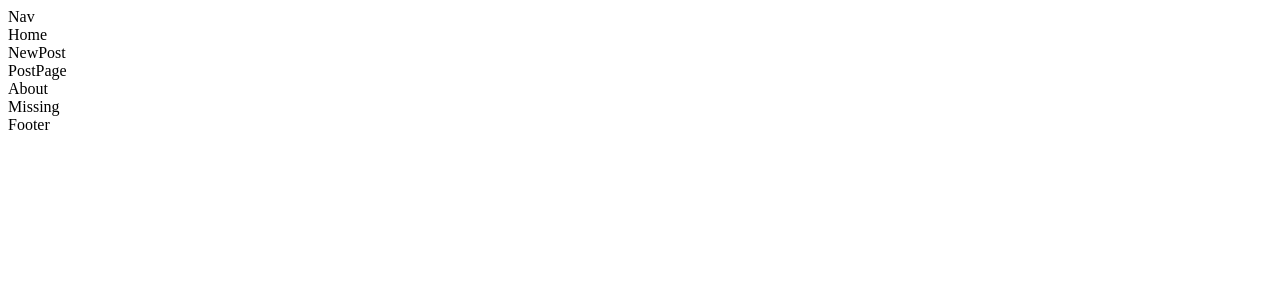
Repository: Kisho14/react_social_app_netlify
Page: /post
These files come from the project's save history. The page is drawn as it stood at one moment and after the next save; the edit follows.
The browser window is 1280 px wide. The pictures show the whole page.
The project was rebuilt for these pictures with package versions that can differ from the ones it lists, and the page was loaded fresh each time. Also part of the build but not shown: src/index.css.

Above is the page before, as saved 2024-02-05 18:08:06.

After the next save:
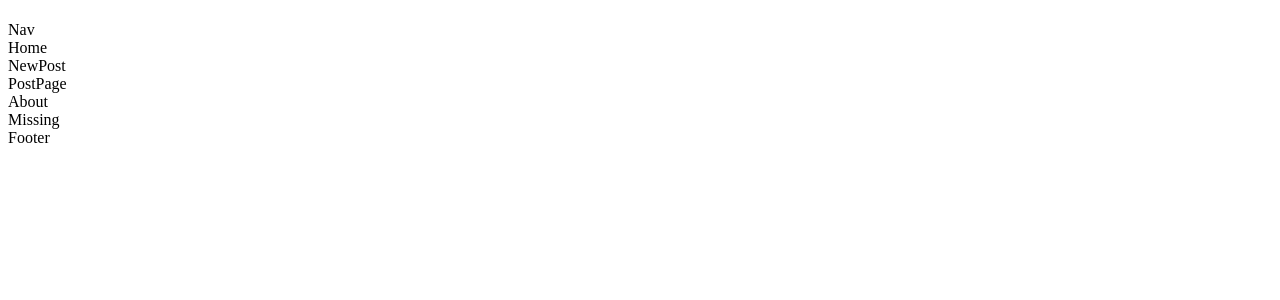
Saved 49 s later.
--- a/src/Header.js
+++ b/src/Header.js
@@ -2,7 +2,10 @@ import React from 'react'
 
 const Header = ({title}) => {
   return (
-    <div>{title}</div>
+    <header className='header'>
+        <h1>{title}</h1>
+    </header>
+
   )
 }
 
